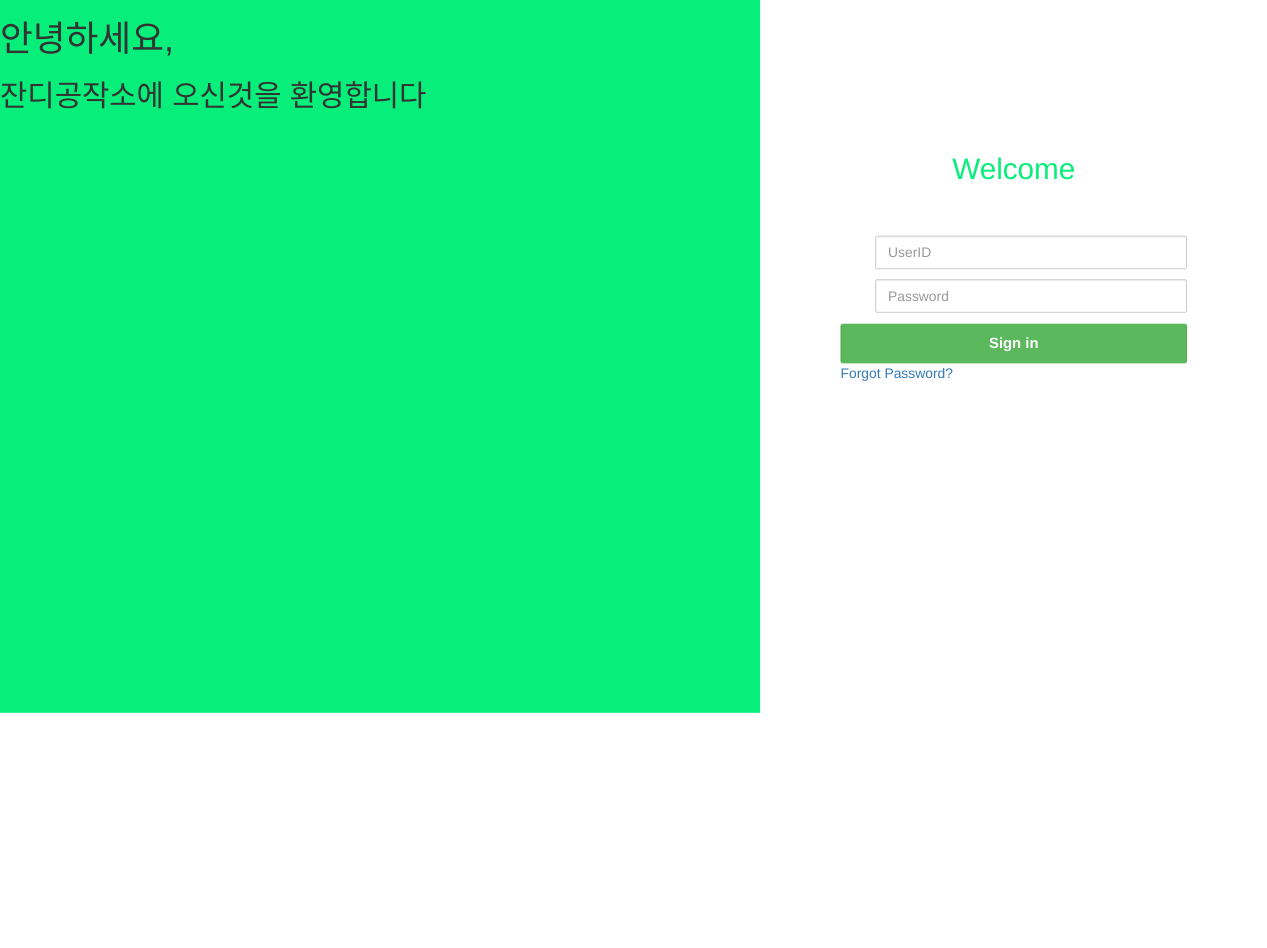
Repository: guddus326/Grass_Farm
Page: http://localhost/Grass_Farm/Index.jsp
These files come from the project's save history. The page is drawn as it stood at one moment and after the next save; the edit follows.
The browser window is 1280 px wide. The pictures show the whole page, at 99% of full size.
The page is served by Tomcat 9.

Above is the page before, as saved 2021-03-15 14:23:55.

After the next save:
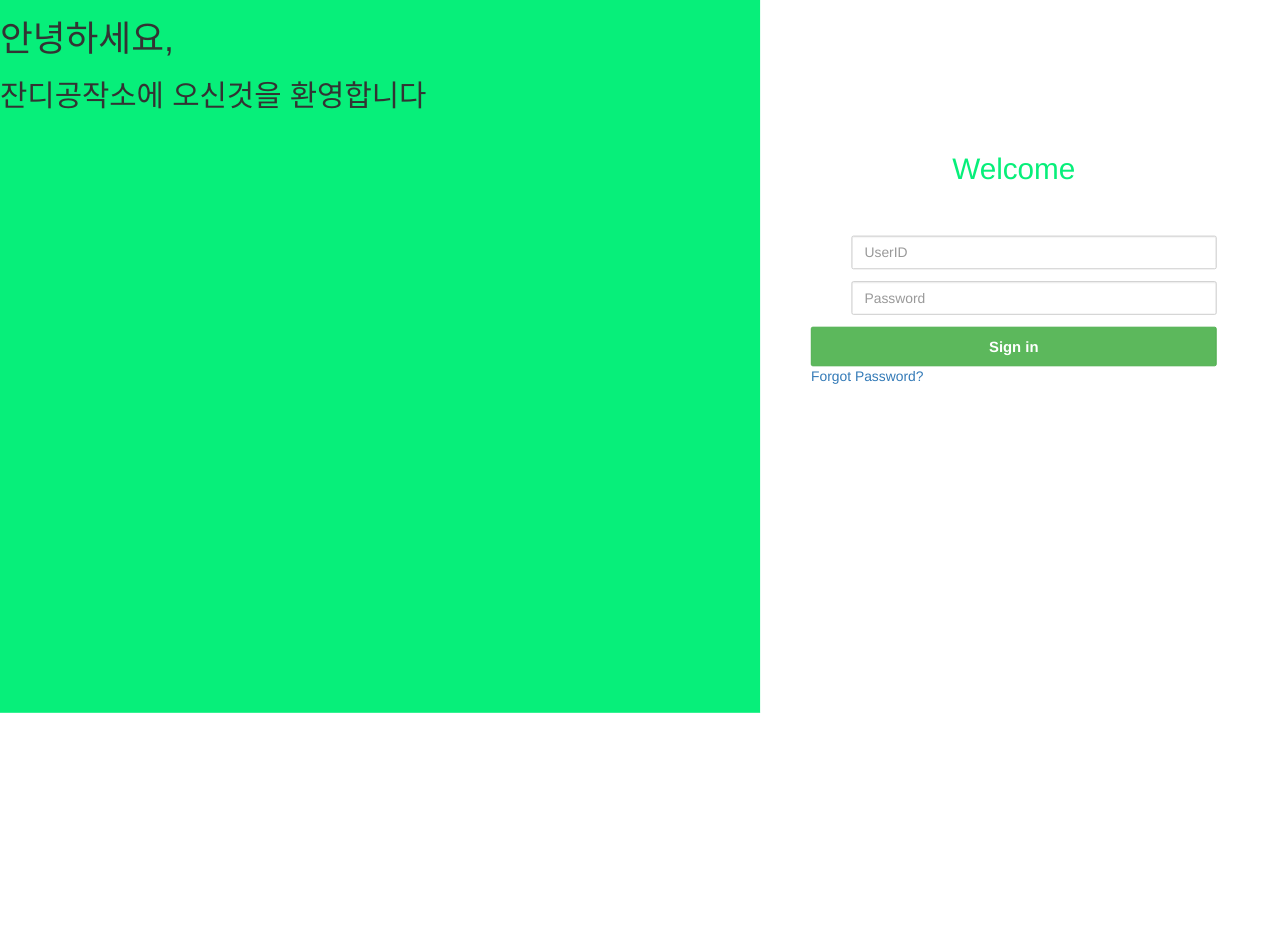
Saved 19 s later.
--- a/Grass_Farm/Grass_Farm/WebContent/Index.jsp
+++ b/Grass_Farm/Grass_Farm/WebContent/Index.jsp
@@ -11,7 +11,7 @@
 
 
         .login-form {
-    		width: 350px;
+    		width: 80%;
     		margin: 10% auto;
 		}
 		.login-btn {
